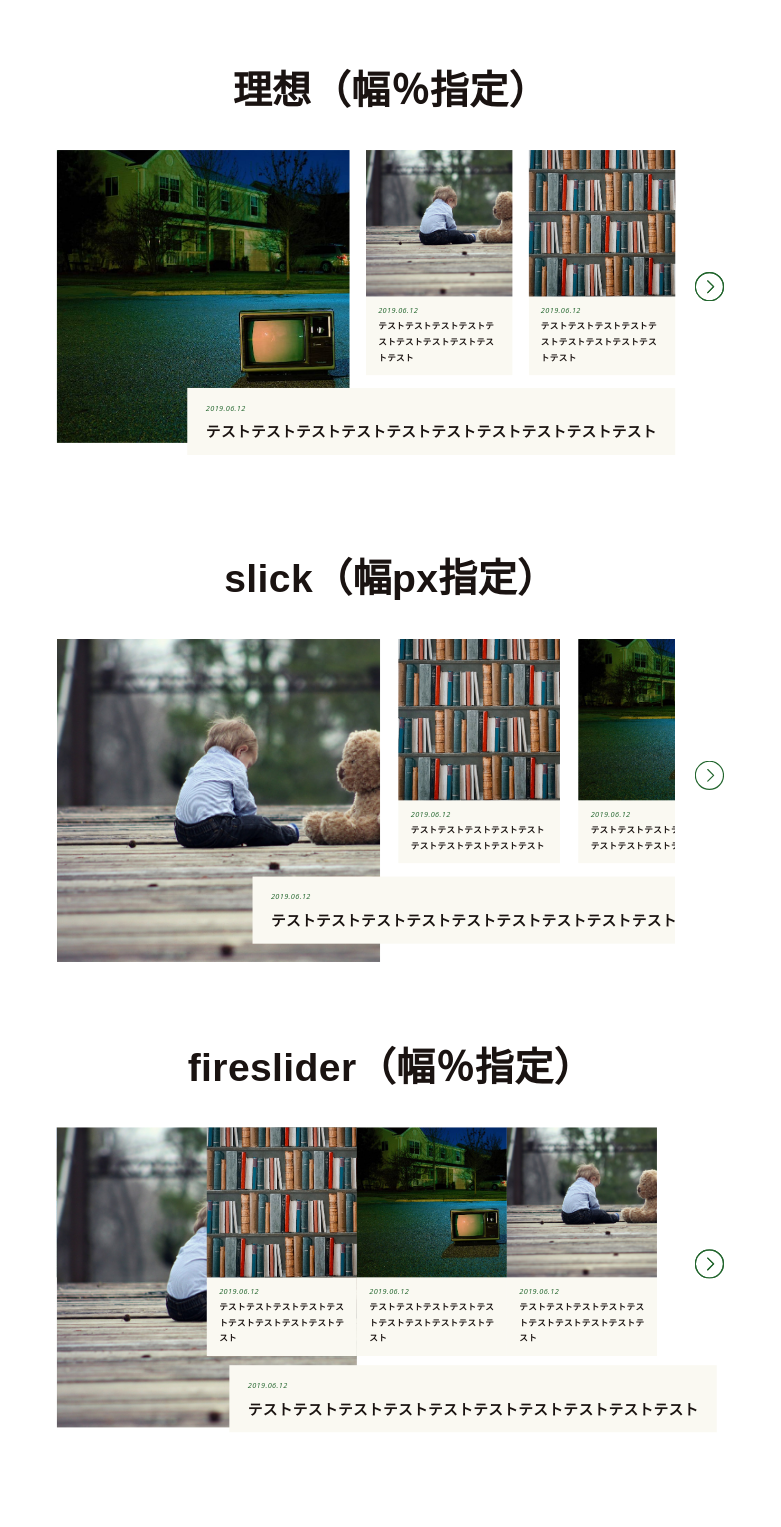
Repository: bbbbruno/slidertest
Page: index.html
An editor plug-in stored every save of this project. The page is shown before and after the next save, followed by the edit.
The browser window is 1280 px wide. The pictures show the whole page, at 61% of full size.

Above is the page before, as saved 2019-07-26 12:39:31.

After the next save:
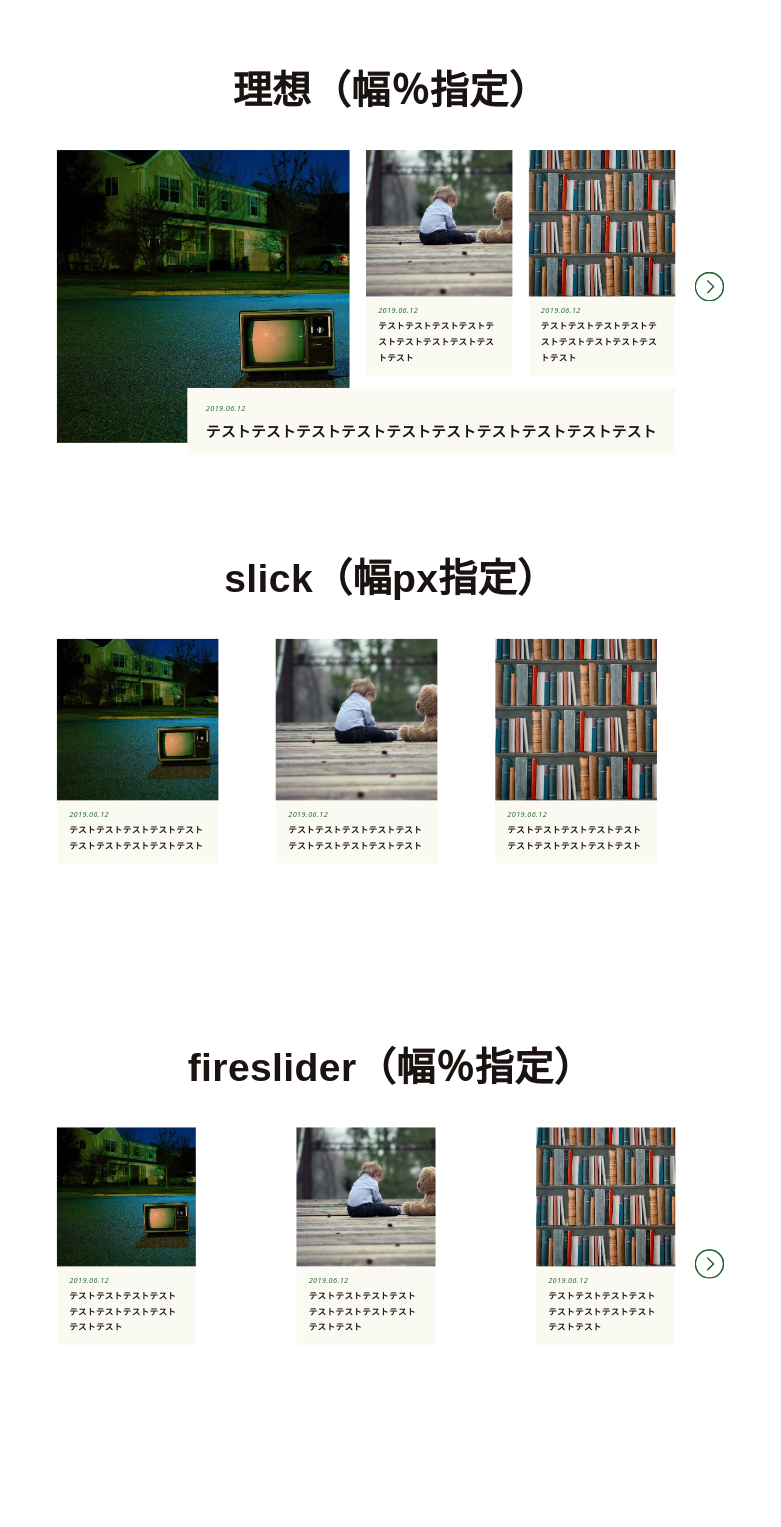
Console error: SyntaxError: Unexpected token '}'
Saved 15 s later.
--- a/js/script.js
+++ b/js/script.js
@@ -1,88 +1,38 @@
-jQuery(window).scroll(function () {
-  scrollHeight = jQuery(document).height();
-  scrollPosition = jQuery(window).height() + jQuery(window).scrollTop();
-  footHeight = jQuery(".footer").innerHeight();
-  if (jQuery('.bottom').hasClass('menu_on')) {
-    if (scrollHeight - scrollPosition <= footHeight + 67) {
-      jQuery(".bottom").css({
-        "position": "absolute",
-        "bottom": "67px",
-      });
-    } else {
-      jQuery(".bottom").css({
-        "position": "fixed",
-        "bottom": "0",
-      });
+var slick = jQuery('#slide-list-slick').slick({
+  infinite: true,
+  speed: 500,
+  slidesToShow: 1,
+  variableWidth: true,
+  autoplay: true,
+  prevArrow: false,
+  cssEase: 'ease-in-out',
+  transformEnabled: false,
+  responsive: [{
+    breakpoint: 767,
+    settings: {
+      slidesToShow: 1,
+      variableWidth: false,
     }
-  } else {
-    if (scrollHeight - scrollPosition <= footHeight + 170) {
-      jQuery(".bottom").css({
-        "position": "absolute",
-        "bottom": "170px",
-      });
-    } else {
-      jQuery(".bottom").css({
-        "position": "fixed",
-        "bottom": "0",
-      });
-    }
-  }
+  }]
 });
-
-// ハンバーガーメニュー
-jQuery(function () {
-  jQuery('.header-toggler').click(function (e) {
-    e.preventDefault();
-    jQuery(this).toggleClass('active');
-    jQuery('.menu').fadeToggle(300);
-    jQuery('.inner').fadeToggle(300);
-    jQuery('footer.footer').fadeToggle(300);
-    jQuery('.bottom').toggleClass('menu_on');
+var slider = jQuery('#slide-list-velocity').fireSlider({
+  delay: 4000,
+  slide: 'li',
+  speed: 700,
+  show: 'auto',
+  hoverPause: true,
+  next: jQuery('.arrow-r'),
+});
+var slideInOut = function (el, options) {
+  var duration = (options.snapping) ? 0 : options.speed;
+  el.velocity({
+    translateX: [(options.nextPos + '%'), (options.currPos + 100 + '%')]
+  }, {
+    duration: duration,
+    queue: options.effect,
+    easing: options.easing
   });
-
-  // トップへスクロール
-  jQuery('.arrow').click(function (e) {
-    e.preventDefault();
-    jQuery('html, body').animate({
-      scrollTop: 0,
-    }, 500);
-  });
-
-  var slick = jQuery('#slide-list-slick').slick({
-    infinite: true,
-    speed: 500,
-    slidesToShow: 1,
-    variableWidth: true,
-    autoplay: true,
-    prevArrow: false,
-    cssEase: 'ease-in-out',
-    transformEnabled: false,
-    responsive: [{
-      breakpoint: 767,
-      settings: {
-        slidesToShow: 1,
-        variableWidth: false,
-      }
-    }]
-  });
-  var slider = jQuery('#slide-list-velocity').fireSlider({
-    delay: 4000,
-    slide: 'li',
-    speed: 700,
-    show: 'auto',
-    hoverPause: true,
-    next: jQuery('.arrow-r'),
-  });
-  var slideInOut = function (el, options) {
-    var duration = (options.snapping) ? 0 : options.speed;
-    el.velocity({
-      translateX: [(options.nextPos + '%'), (options.currPos + 100 + '%')]
-    }, {
-      duration: duration,
-      queue: options.effect,
-      easing: options.easing
-    });
-  };
-  fireSlider.prototype.Effects.register('slideInOut', slideInOut);
-  jQuery('.fire-slider-active').attr('data-fireslider-effect', 'slideInOut');
+};
+fireSlider.prototype.Effects.register('slideInOut', slideInOut);
+jQuery('.fire-slider-active').attr('data-fireslider-effect', 'slideInOut');
 });

After the save that followed:
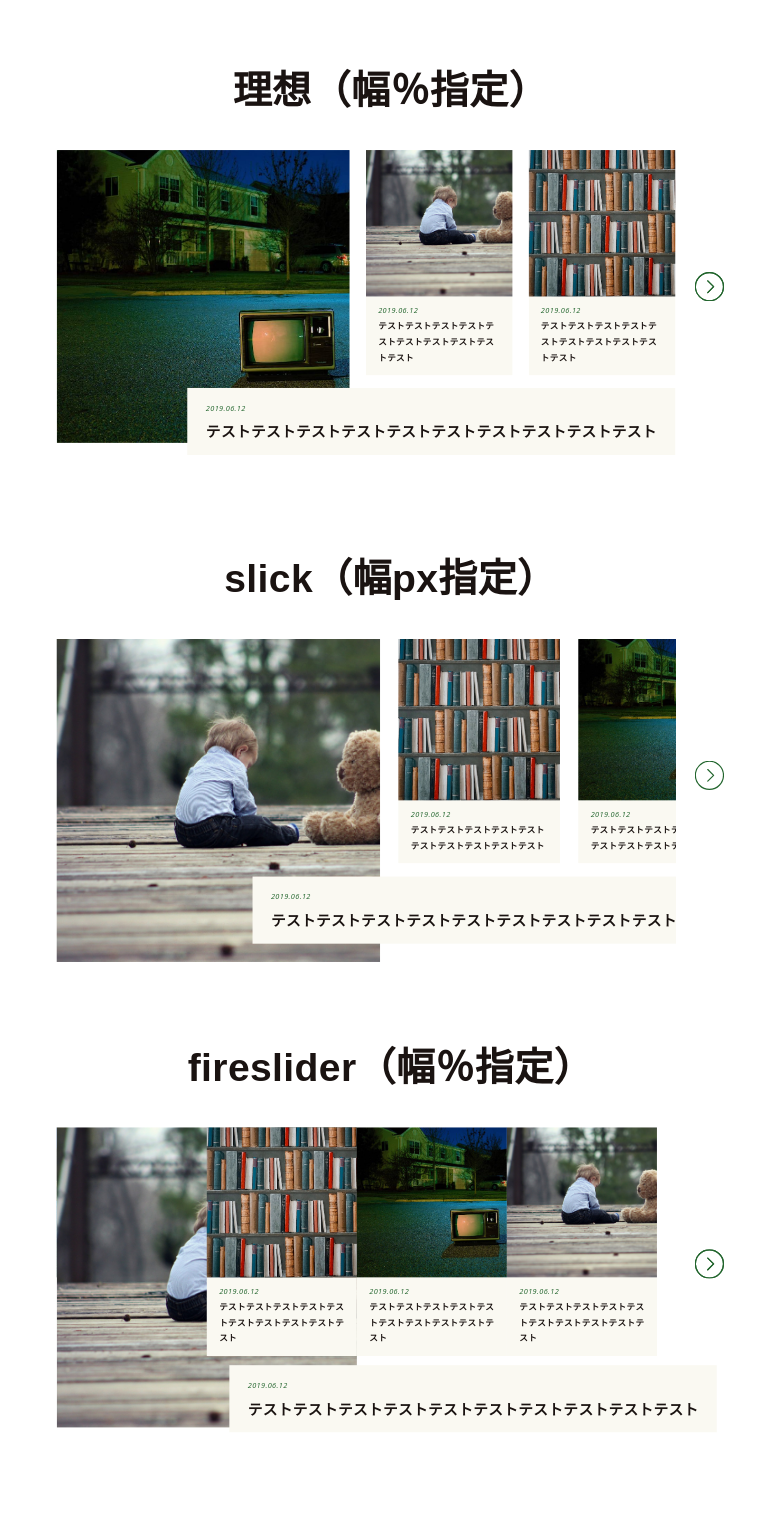
The error is gone.
Saved 19 s later.
--- a/js/script.js
+++ b/js/script.js
@@ -1,38 +1,39 @@
-var slick = jQuery('#slide-list-slick').slick({
-  infinite: true,
-  speed: 500,
-  slidesToShow: 1,
-  variableWidth: true,
-  autoplay: true,
-  prevArrow: false,
-  cssEase: 'ease-in-out',
-  transformEnabled: false,
-  responsive: [{
-    breakpoint: 767,
-    settings: {
-      slidesToShow: 1,
-      variableWidth: false,
-    }
-  }]
+$(function () {
+  var slick = jQuery('#slide-list-slick').slick({
+    infinite: true,
+    speed: 500,
+    slidesToShow: 1,
+    variableWidth: true,
+    autoplay: true,
+    prevArrow: false,
+    cssEase: 'ease-in-out',
+    transformEnabled: false,
+    responsive: [{
+      breakpoint: 767,
+      settings: {
+        slidesToShow: 1,
+        variableWidth: false,
+      }
+    }]
+  });
+  var slider = jQuery('#slide-list-velocity').fireSlider({
+    delay: 4000,
+    slide: 'li',
+    speed: 700,
+    show: 'auto',
+    hoverPause: true,
+    next: jQuery('.arrow-r'),
+  });
+  var slideInOut = function (el, options) {
+    var duration = (options.snapping) ? 0 : options.speed;
+    el.velocity({
+      translateX: [(options.nextPos + '%'), (options.currPos + 100 + '%')]
+    }, {
+      duration: duration,
+      queue: options.effect,
+      easing: options.easing
+    });
+  };
+  fireSlider.prototype.Effects.register('slideInOut', slideInOut);
+  jQuery('.fire-slider-active').attr('data-fireslider-effect', 'slideInOut');
 });
-var slider = jQuery('#slide-list-velocity').fireSlider({
-  delay: 4000,
-  slide: 'li',
-  speed: 700,
-  show: 'auto',
-  hoverPause: true,
-  next: jQuery('.arrow-r'),
-});
-var slideInOut = function (el, options) {
-  var duration = (options.snapping) ? 0 : options.speed;
-  el.velocity({
-    translateX: [(options.nextPos + '%'), (options.currPos + 100 + '%')]
-  }, {
-    duration: duration,
-    queue: options.effect,
-    easing: options.easing
-  });
-};
-fireSlider.prototype.Effects.register('slideInOut', slideInOut);
-jQuery('.fire-slider-active').attr('data-fireslider-effect', 'slideInOut');
-});
